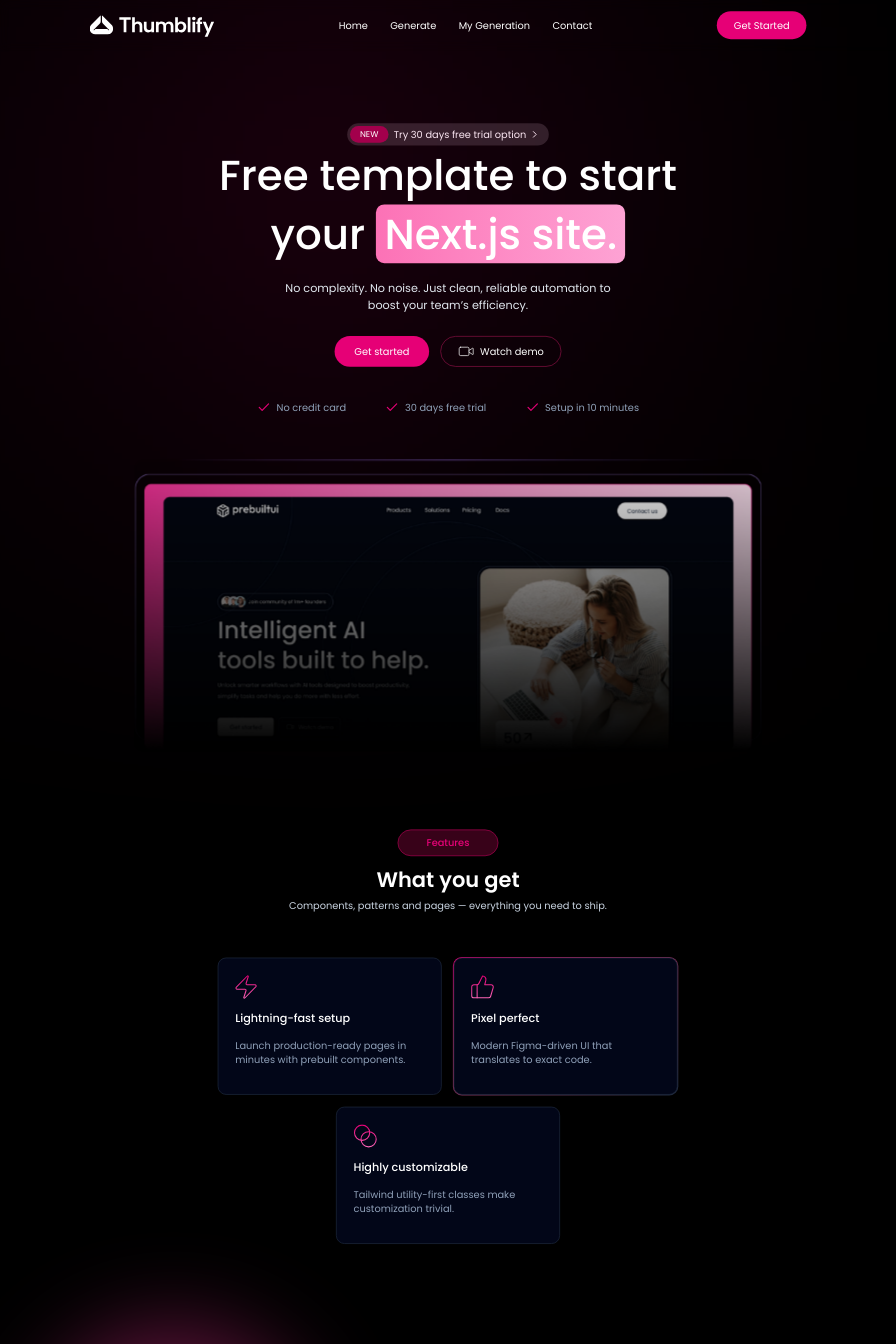
Repository: abhiraj33181/Thumblify
Page: / (app in client/)
The author's editor kept a copy of each file at every save. The page is drawn from the files as they stood at one save, then again after the next save.
The browser window is 1280 px wide. The pictures show the part of the page from y = 0 to 1920 px (the page is 5296 px tall), at 70% of full size.
The project was rebuilt for these pictures with package versions that can differ from the ones it lists, and the page was loaded fresh each time. Also part of the build but not shown: client/vite.config.ts.

Above is the page before, as saved 2026-01-08 07:57:37.

### client/index.html
<!doctype html>
<html lang="en">

<head>
    <meta charset="UTF-8" />
    <link rel="icon" href="/favicon.svg" type="image/x-icon" />
    <meta name="viewport" content="width=device-width, initial-scale=1.0" />
    <title>Thumblify - AI Thumbnail Generator</title>
</head>

<body>
    <div id="root"></div>
    <script type="module" src="/src/main.jsx"></script>
</body>

</html>

### client/src/main.tsx
import { createRoot } from 'react-dom/client'
import App from './App.js'
import { BrowserRouter } from 'react-router-dom'

createRoot(document.getElementById('root')!).render(
    <BrowserRouter>
        <App />
    </BrowserRouter>,
)

### client/src/App.tsx
import { Route, Routes } from "react-router-dom";
import HomePage from "./pages/HomePage";
import Navbar from "./components/Navbar";
import Footer from "./components/Footer";
import "./globals.css";
import LenisScroll from "./components/LenisScroll";

export default function App() {
    return (
        <>
            <LenisScroll />
            <Navbar />
            <Routes>
                <Route path="/" element={<HomePage />} />
            </Routes>
            <Footer />
        </>
    );
}

### client/src/pages/HomePage.tsx
import HeroSection from "../sections/HeroSection";
import FeaturesSection from "../sections/FeaturesSection";
import TestimonialSection from "../sections/TestimonialSection";
import PricingSection from "../sections/PricingSection";
import ContactSection from "../sections/ContactSection";
import CTASection from "../sections/CTASection";

export default function HomePage() {
    return (
        <>
            <HeroSection />
            <FeaturesSection />
            <TestimonialSection />
            <PricingSection />
            <ContactSection />
            <CTASection />
        </>
    );
}

### client/src/globals.css
@import url('https://fonts.googleapis.com/css2?family=Poppins:ital,wght@0,100;0,200;0,300;0,400;0,500;0,600;0,700;0,800;0,900;1,100;1,200;1,300;1,400;1,500;1,600;1,700;1,800;1,900&display=swap');
@import "tailwindcss";

@theme {
    --font-poppins: "Poppins", sans-serif;
}

body {
    @apply bg-black text-white text-sm antialiased font-poppins;
}

body::selection {
    @apply bg-pink-600 text-white;
}

button {
    @apply cursor-pointer;
}

.move-gradient {
    background-image: linear-gradient(to right, var(--color-pink-500), var(--color-pink-300));
    background-size: 200% 100%;
    animation: movegradient 5s infinite;
}

@keyframes movegradient {
    0% {
        background-position: 0% 50%;
    }
    50% {
        background-position: 100% 50%;
    }
    100% {
        background-position: 0% 50%;
    }
}

### client/src/components/LenisScroll.tsx
import { useEffect } from "react";
import Lenis from "lenis";

export default function LenisScroll() {
    useEffect(() => {
        const lenis = new Lenis({
            duration: 1.2,
            smoothWheel: true,
            anchors: {
                offset: -100,
            },
        });

        const raf = (time: number) => {
            lenis.raf(time);
            requestAnimationFrame(raf);
        };

        requestAnimationFrame(raf);

        return () => {
            lenis.destroy();
        };
    }, []);

    return null;
}

### client/src/sections/HeroSection.tsx
'use client'
import { CheckIcon, ChevronRightIcon, VideoIcon } from "lucide-react";
import TiltedImage from "../components/TiltImage";
import { motion } from "motion/react";

export default function HeroSection() {
    const specialFeatures = [
        "No credit card",
        "30 days free trial",
        "Setup in 10 minutes",
    ];

    return (
        <div className="relative flex flex-col items-center justify-center px-4 md:px-16 lg:px-24 xl:px-32">
            <div className="absolute top-30 -z-10 left-1/4 size-72 bg-pink-600 blur-[300px]"></div>
            <motion.a href="https://prebuiltui.com?utm_source=pixels" className="group flex items-center gap-2 rounded-full p-1 pr-3 mt-44 text-pink-100 bg-pink-200/15"
                initial={{ y: -20, opacity: 0 }}
                whileInView={{ y: 0, opacity: 1 }}
                viewport={{ once: true }}
                transition={{ delay: 0.2, type: "spring", stiffness: 320, damping: 70, mass: 1 }}
            >
                <span className="bg-pink-800 text-white text-xs px-3.5 py-1 rounded-full">
                    NEW
                </span>
                <p className="flex items-center gap-1">
                    <span>Try 30 days free trial option </span>
                    <ChevronRightIcon size={16} className="group-hover:translate-x-0.5 transition duration-300" />
                </p>
            </motion.a>
            <motion.h1 className="text-5xl/17 md:text-6xl/21 font-medium max-w-2xl text-center"
                initial={{ y: 50, opacity: 0 }}
                whileInView={{ y: 0, opacity: 1 }}
                viewport={{ once: true }}
                transition={{ type: "spring", stiffness: 240, damping: 70, mass: 1 }}
            >
                Free template to start your{" "}
                <span className="move-gradient px-3 rounded-xl text-nowrap">Next.js site.</span>
            </motion.h1>
            <motion.p className="text-base text-center text-slate-200 max-w-lg mt-6"
                initial={{ y: 50, opacity: 0 }}
                whileInView={{ y: 0, opacity: 1 }}
                viewport={{ once: true }}
                transition={{ delay: 0.2, type: "spring", stiffness: 320, damping: 70, mass: 1 }}
            >
                No complexity. No noise. Just clean, reliable automation to boost your team’s efficiency.</motion.p>
            <motion.div className="flex items-center gap-4 mt-8"
                initial={{ y: 50, opacity: 0 }}
                whileInView={{ y: 0, opacity: 1 }}
                viewport={{ once: true }}
                transition={{ type: "spring", stiffness: 320, damping: 70, mass: 1 }}
            >
                <button className="bg-pink-600 hover:bg-pink-700 text-white rounded-full px-7 h-11">
                    Get started
                </button>
                <button className="flex items-center gap-2 border border-pink-900 hover:bg-pink-950/50 transition rounded-full px-6 h-11">
                    <VideoIcon strokeWidth={1} />
                    <span>Watch demo</span>
                </button>
            </motion.div>

            <div className="flex flex-wrap justify-center items-center gap-4 md:gap-14 mt-12">
                {specialFeatures.map((feature, index) => (
                    <motion.p className="flex items-center gap-2" key={index}
                        initial={{ y: 30, opacity: 0 }}
                        whileInView={{ y: 0, opacity: 1 }}
                        viewport={{ once: true }}
                        transition={{ delay: index * 0.2, duration: 0.3 }}
                    >
                        <CheckIcon className="size-5 text-pink-600" />
                        <span className="text-slate-400">{feature}</span>
                    </motion.p>
                ))}
            </div>
            <TiltedImage />
        </div>
    );
}

### client/src/sections/TestimonialSection.tsx
import SectionTitle from "../components/SectionTitle";
import TestimonialCard from "../components/TestimonialCard";
import { testimonialsData } from "../data/testimonial";
import type { ITestimonial } from "../types";
import Marquee from "react-fast-marquee";

export default function TestimonialSection() {
    return (
        <div id="testimonials" className="px-4 md:px-16 lg:px-24 xl:px-32">
            <SectionTitle text1="Testimonials" text2="Don't just take our words" text3="Hear what our users say about us. We're always looking for ways to improve. If you have a positive experience with us, leave a review." />

            <Marquee className="max-w-5xl mx-auto mt-11" gradient={true} speed={25} gradientColor="#000">
                <div className="flex items-center justify-center py-5 overflow-hidden">
                    {[...testimonialsData, ...testimonialsData].map((testimonial: ITestimonial, index: number) => (
                        <TestimonialCard key={index} index={index} testimonial={testimonial} />
                    ))}
                </div>
            </Marquee>
            <Marquee className="max-w-5xl mx-auto" gradient={true} speed={25} direction="right" gradientColor="#000">
                <div className="flex items-center justify-center py-5 overflow-hidden">
                    {[...testimonialsData, ...testimonialsData].map((testimonial: ITestimonial, index: number) => (
                        <TestimonialCard key={index} index={index} testimonial={testimonial} />
                    ))}
                </div>
            </Marquee>

        </div>
    );
}

### client/src/sections/PricingSection.tsx
'use client'
import SectionTitle from "../components/SectionTitle"
import { pricingData } from "../data/pricing";
import type { IPricing } from "../types";
import { CheckIcon } from "lucide-react";
import { motion } from "motion/react";

export default function PricingSection() {
    return (
        <div id="pricing" className="px-4 md:px-16 lg:px-24 xl:px-32">
            <SectionTitle text1="Pricing" text2="Our Pricing Plans" text3="Flexible pricing options designed to meet your needs — whether you're just getting started or scaling up." />

            <div className="flex flex-wrap items-center justify-center gap-8 mt-20">
                {pricingData.map((plan: IPricing, index: number) => (
                    <motion.div key={index} className={`w-72 text-center border border-pink-950 p-6 pb-16 rounded-xl ${plan.mostPopular ? 'bg-pink-950 relative' : 'bg-pink-950/30'}`}
                        initial={{ y: 150, opacity: 0 }}
                        whileInView={{ y: 0, opacity: 1 }}
                        viewport={{ once: true }}
                        transition={{ delay: index * 0.15, type: "spring", stiffness: 320, damping: 70, mass: 1 }}
                    >
                        {plan.mostPopular && (
                            <p className="absolute px-3 text-sm -top-3.5 left-3.5 py-1 bg-pink-400 rounded-full">Most Popular</p>
                        )}
                        <p className="font-semibold">{plan.name}</p>
                        <h1 className="text-3xl font-semibold">${plan.price}<span className="text-gray-500 font-normal text-sm">/{plan.period}</span></h1>
                        <ul className="list-none text-slate-300 mt-6 space-y-2">
                            {plan.features.map((feature, index) => (
                                <li key={index} className="flex items-center gap-2">
                                    <CheckIcon className="size-4.5 text-pink-600" />
                                    <p>{feature}</p>
                                </li>
                            ))}
                        </ul>
                        <button type="button" className={`w-full py-2.5 rounded-md font-medium mt-7 transition-all ${plan.mostPopular ? 'bg-white text-pink-600 hover:bg-slate-200' : 'bg-pink-500 hover:bg-pink-600'}`}>
                            Get Started
                        </button>
                    </motion.div>
                ))}
            </div>
        </div>
    );
}

### client/src/sections/CTASection.tsx
'use client'
import { motion } from "motion/react";

export default function CTASection() {
    return (
        <motion.div className="max-w-5xl py-16 mt-40 md:pl-20 md:w-full max-md:mx-4 md:mx-auto flex flex-col md:flex-row max-md:gap-6 items-center justify-between text-left bg-linear-to-b from-pink-900 to-pink-950 rounded-2xl p-6 text-white"
            initial={{ y: 150, opacity: 0 }}
            whileInView={{ y: 0, opacity: 1 }}
            viewport={{ once: true }}
            transition={{ type: "spring", stiffness: 320, damping: 70, mass: 1 }}
        >
            <div>
                <motion.h1 className="text-4xl md:text-[46px] md:leading-15 font-semibold bg-linear-to-r from-white to-pink-400 text-transparent bg-clip-text"
                    initial={{ y: 80, opacity: 0 }}
                    whileInView={{ y: 0, opacity: 1 }}
                    viewport={{ once: true }}
                    transition={{ type: "spring", stiffness: 280, damping: 70, mass: 1 }}
                >
                    Ready to try-out this app?
                </motion.h1>
                <motion.p className="bg-linear-to-r from-white to-pink-400 text-transparent bg-clip-text text-lg"
                    initial={{ y: 80, opacity: 0 }}
                    whileInView={{ y: 0, opacity: 1 }}
                    viewport={{ once: true }}
                    transition={{ type: "spring", stiffness: 200, damping: 70, mass: 1 }}
                >
                    Your next favourite tool is just one click away.
                </motion.p>
            </div>
            <motion.button className="px-12 py-3 text-slate-800 bg-white hover:bg-slate-200 rounded-full text-sm mt-4"
                initial={{ y: 80, opacity: 0 }}
                whileInView={{ y: 0, opacity: 1 }}
                viewport={{ once: true }}
                transition={{ type: "spring", stiffness: 280, damping: 70, mass: 1 }}
            >
                Get Started
            </motion.button>
        </motion.div>
    );
}

### client/src/data/footer.ts
import type { IFooter } from "../types";

export const footerData: IFooter[] = [
    {
        title: "Product",
        links: [
            { name: "Home", href: "#" },
            { name: "Support", href: "#support" },
            { name: "Pricing", href: "#pricing" },
            { name: "Affiliate", href: "#affiliate" },
        ]
    },
    {
        title: "Resources",
        links: [
            { name: "Company", href: "#company" },
            { name: "Blogs", href: "#blogs" },
            { name: "Community", href: "#community" },
            { name: "Careers", href: "#careers" },
            { name: "About", href: "#about" },
        ]
    },
    {
        title: "Legal",
        links: [
            { name: "Privacy", href: "#privacy" },
            { name: "Terms", href: "#terms" },
        ]
    }
];

### client/src/components/TiltImage.tsx
import { useRef, useState } from 'react';
import { motion, useMotionValue, useSpring } from 'motion/react';

const springValues = {
    damping: 30,
    stiffness: 100,
    mass: 2
};

export default function TiltedImage({ rotateAmplitude = 3, }) {
    const ref = useRef<HTMLDivElement>(null);
    const x = useMotionValue(0);
    const y = useMotionValue(0);
    const rotateX = useSpring(useMotionValue(0), springValues);
    const rotateY = useSpring(useMotionValue(0), springValues);
    const rotateFigcaption = useSpring(0, { stiffness: 350, damping: 30, mass: 1 });

    const [lastY, setLastY] = useState(0);

    function handleMouse(e: any) {
        if (!ref.current) return;

        const rect = ref.current.getBoundingClientRect();
        const offsetX = e.clientX - rect.left - rect.width / 2;
        const offsetY = e.clientY - rect.top - rect.height / 2;

        const rotationX = (offsetY / (rect.height / 2)) * -rotateAmplitude;
        const rotationY = (offsetX / (rect.width / 2)) * rotateAmplitude;

        rotateX.set(rotationX);
        rotateY.set(rotationY);

        x.set(e.clientX - rect.left);
        y.set(e.clientY - rect.top);

        const velocityY = offsetY - lastY;
        rotateFigcaption.set(-velocityY * 0.6);
        setLastY(offsetY);
    }

    function handleMouseLeave() {
        rotateX.set(0);
        rotateY.set(0);
        rotateFigcaption.set(0);
    }

    return (
        <motion.figure ref={ref} className="relative w-full h-full perspective-midrange mt-16 max-w-4xl mx-auto flex flex-col items-center justify-center" onMouseMove={handleMouse} onMouseLeave={handleMouseLeave}
            initial={{ y: 150, opacity: 0 }}
            whileInView={{ y: 0, opacity: 1 }}
            viewport={{ once: true }}
            transition={{ type: "spring", stiffness: 320, damping: 70, mass: 1 }}
        >
            <motion.div className="relative transform-3d w-full max-w-4xl" style={{ rotateX, rotateY }} >
                <motion.img src="/assets/hero-section-showcase.png"
                    className="w-full rounded-[15px] will-change-transform transform-[translateZ(0)]"
                    alt="hero section showcase"
                />
            </motion.div>
        </motion.figure>
    );
}

### client/src/components/SectionTitle.tsx
import type { SectionTitleProps } from "../types";
import { motion } from "motion/react";

export default function SectionTitle({ text1, text2, text3 }: SectionTitleProps) {
    return (
        <>
            <motion.p className="text-center font-medium text-pink-600 mt-28 px-10 py-2 rounded-full bg-pink-950/70 border border-pink-800 w-max mx-auto"
                initial={{ y: 120, opacity: 0 }}
                whileInView={{ y: 0, opacity: 1 }}
                viewport={{ once: true }}
                transition={{ type: "spring", stiffness: 320, damping: 70, mass: 1 }}
            >
                {text1}
            </motion.p>
            <motion.h3 className="text-3xl font-semibold text-center mx-auto mt-4"
                initial={{ y: 120, opacity: 0 }}
                whileInView={{ y: 0, opacity: 1 }}
                viewport={{ once: true }}
                transition={{ type: "spring", stiffness: 280, damping: 70, mass: 1 }}
            >
                {text2}
            </motion.h3>
            <motion.p className="text-slate-300 text-center mt-2 max-w-xl mx-auto"
                initial={{ y: 120, opacity: 0 }}
                whileInView={{ y: 0, opacity: 1 }}
                viewport={{ once: true }}
                transition={{ type: "spring", stiffness: 240, damping: 70, mass: 1 }}
            >
                {text3}
            </motion.p>
        </>
    );
}

### client/src/data/testimonial.ts
import type { ITestimonial } from "../types";

export const testimonialsData: ITestimonial[] = [
    {
        image: 'https://images.unsplash.com/photo-1633332755192-727a05c4013d?q=80&w=200',
        name: 'Sophia Carter',
        handle: '@sophiacodes',
        date: 'February 14, 2025',
        quote: 'This SaaS app has completely streamlined our onboarding process. What used to take hours now takes minutes!',
    },
    {
        image: 'https://images.unsplash.com/photo-1535713875002-d1d0cf377fde?q=80&w=200',
        name: 'Ethan Walker',
        handle: '@ethanwrites',
        date: 'March 3, 2025',
        quote: 'We’ve tried several tools, but nothing comes close in terms of speed and simplicity. Absolute game-changer.',
    },
    {
        image: 'https://images.unsplash.com/photo-1527980965255-d3b416303d12?w=200&auto=format&fit=crop&q=60',
        name: 'Maya Patel',
        handle: '@mayapatel',
        date: 'April 22, 2025',
        quote: 'The automation features alone have saved our team countless hours every week. Worth every penny.',
    },
    {
        image: 'https://images.unsplash.com/photo-1522075469751-3a6694fb2f61?w=200&auto=format&fit=crop&q=60',
        name: 'Liam Brooks',
        handle: '@liambrooks',
        date: 'May 18, 2025',
        quote: 'Setup was ridiculously easy. Within 10 minutes, we were running live and onboarding our first customers.',
    },
];

### client/src/data/pricing.ts
import type { IPricing } from "../types";

export const pricingData: IPricing[] = [
    {
        name: "Basic",
        price: 29,
        period: "month",
        features: [
            "Access to all basic courses",
            "Community support",
            "10 practice projects",
            "Course completion certificate",
            "Basic code review"
        ],
        mostPopular: false
    },
    {
        name: "Pro",
        price: 79,
        period: "month",
        features: [
            "Access to all Pro courses",
            "Priority community support",
            "30 practice projects",
            "Course completion certificate",
            "Advance code review",
            "1-on-1 mentoring sessions",
            "Job assistance"
        ],
        mostPopular: true
    },
    {
        name: "Enterprise",
        price: 199,
        period: "month",
        features: [
            "Access to all courses",
            "Dedicated support",
            "Unlimited projects",
            "Course completion certificate",
            "Premium code review"
        ],
        mostPopular: false
    }
];

Loaded but not shown: client/src/sections/FeaturesSection.tsx (69 lines, source omitted); client/src/components/Footer.tsx (59 lines, source omitted); client/src/sections/ContactSection.tsx (59 lines, source omitted); client/src/data/features.tsx (19 lines, source omitted); client/src/components/Navbar.tsx (52 lines, source omitted); client/src/components/TestimonialCard.tsx (29 lines, source omitted)

After the next save:
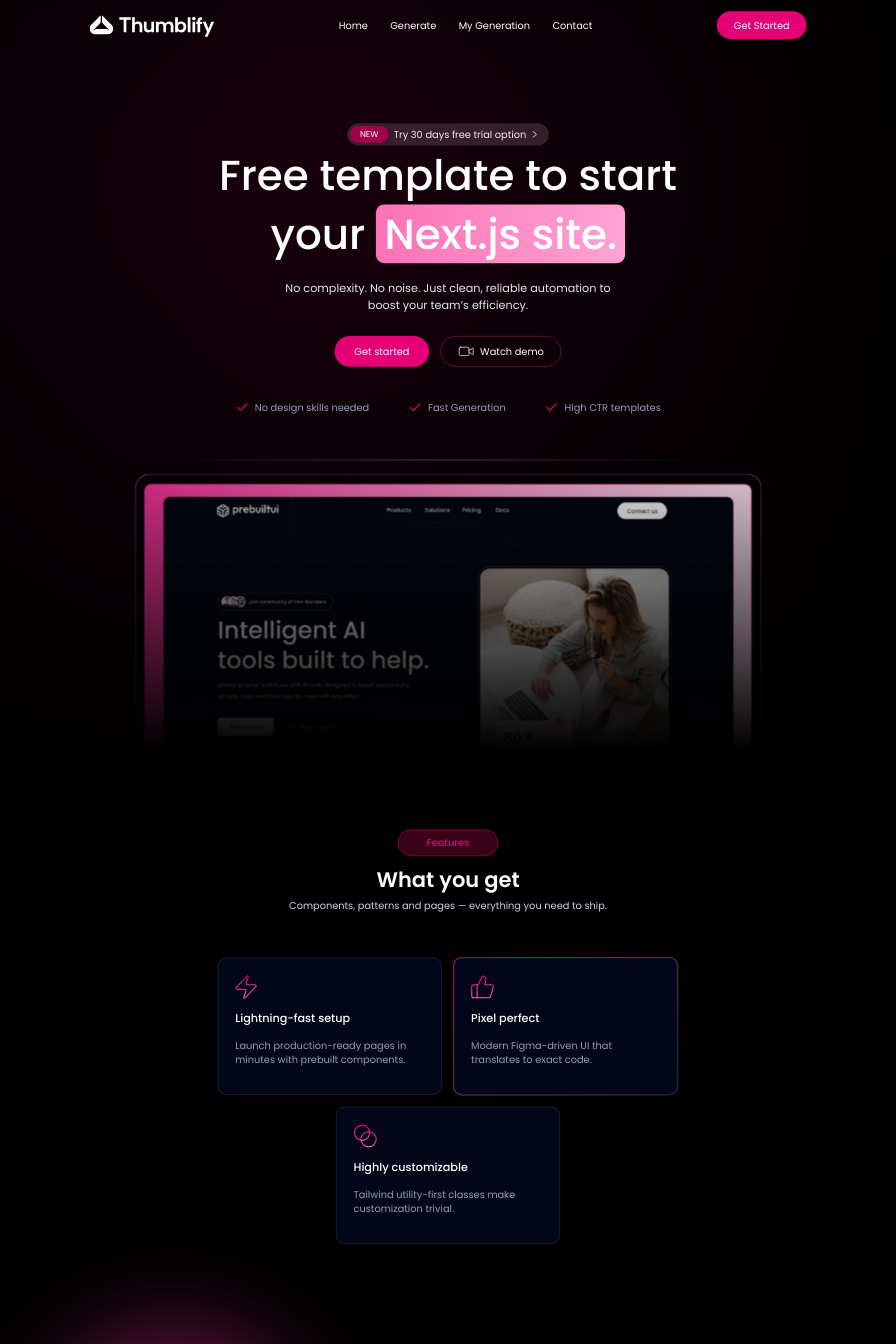
Saved 2 min 12 s later.
--- a/client/src/sections/HeroSection.tsx
+++ b/client/src/sections/HeroSection.tsx
@@ -5,9 +5,9 @@ import { motion } from "motion/react";
 
 export default function HeroSection() {
     const specialFeatures = [
-        "No credit card",
-        "30 days free trial",
-        "Setup in 10 minutes",
+        "No design skills needed",
+        "Fast Generation",
+        "High CTR templates",
     ];
 
     return (
